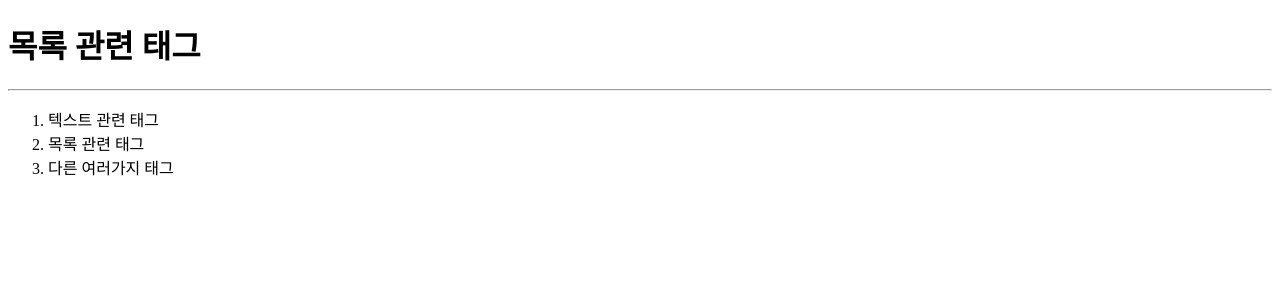
Repository: yhj4130/WebStudy
Page: WebApp01/WebContent/Test002.html
The author's editor kept a copy of each file at every save. The page is drawn from the files as they stood at one save, then again after the next save.
The browser window is 1280 px wide. The pictures show the whole page.

Above is the page before, as saved 2019-04-29 07:17:16.

### WebApp01/WebContent/Test002.html
<!DOCTYPE html>
<html>
<head>
<meta charset="UTF-8">
<title>Test002.html</title>
</head>
<body>

<div>
	<h1>목록 관련 태그</h1>
	<hr>
</div>

<div>
	<ol>
		<li>텍스트 관련 태그</li>
		<li>목록 관련 태그</li>
		<li>다른 여러가지 태그</li>
	</ol>
</div>

</body>
</html>

After the next save:
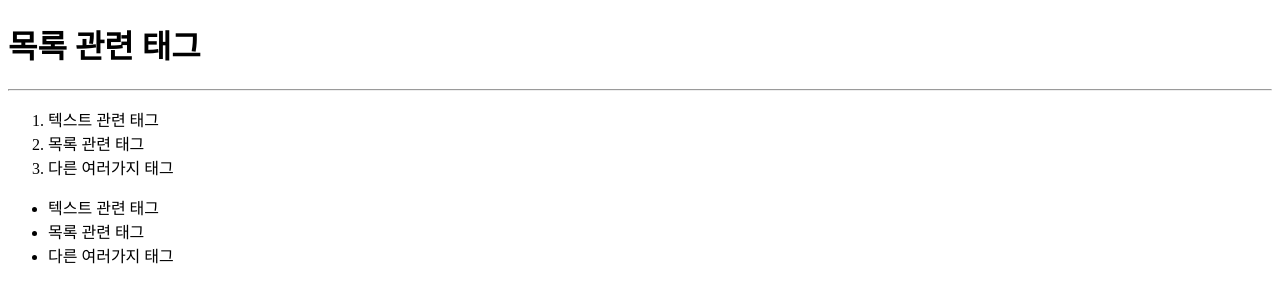
Saved 2 min 51 s later.
--- a/WebApp01/WebContent/Test002.html
+++ b/WebApp01/WebContent/Test002.html
@@ -17,6 +17,12 @@
 		<li>목록 관련 태그</li>
 		<li>다른 여러가지 태그</li>
 	</ol>
+
+	<ul>
+		<li>텍스트 관련 태그</li>
+		<li>목록 관련 태그</li>
+		<li>다른 여러가지 태그</li>
+	</ul>
 </div>
 
 </body>
